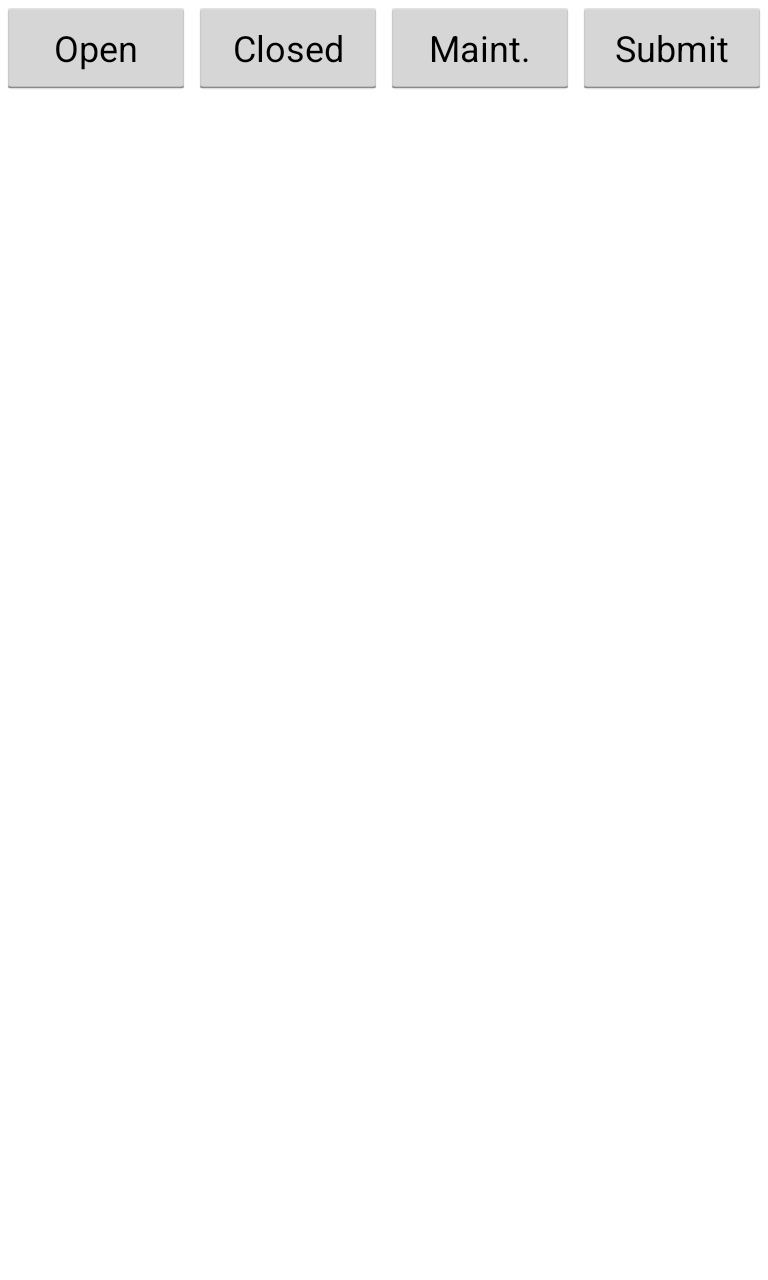
Repository: Pradeep-appstute/First
Layout: Control/res/layout/fragment_tickets.xml
An editor plug-in stored every save of this project. The layout is shown before and after the next save, followed by the edit.
It is drawn on a 768 x 1280 px phone screen (xhdpi) without system bars, with theme AppTheme; the app's code is not run. Lists and similar views that code fills are empty.

Above is the layout before, as saved 2014-02-11 13:44:49.

### Control/res/layout/fragment_tickets.xml
<?xml version="1.0" encoding="utf-8"?>
<LinearLayout xmlns:android="http://schemas.android.com/apk/res/android"
    android:id="@+id/lin_fragment_tickets"
    android:layout_width="match_parent"
    android:layout_height="wrap_content"
    android:orientation="vertical"
    >
    <android.support.v4.view.ViewPager
        android:id="@+id/pager"
        android:layout_width="match_parent"
        android:layout_height="0px"

        >
    </android.support.v4.view.ViewPager>

    <LinearLayout
        android:layout_width="match_parent"
        android:layout_height="wrap_content"
        android:gravity="center"
        android:measureWithLargestChild="true"
        android:orientation="horizontal"
         >

        <Button
            android:id="@+id/open"
            android:layout_width="match_parent"
            android:layout_height="wrap_content"
            android:text="Open"
            android:layout_weight="1"
            >
        </Button>

        <Button
            android:id="@+id/closed"
            android:layout_width="fill_parent"
            android:layout_height="wrap_content"
            android:text="Closed"
            android:layout_weight="1">
        </Button>

        <Button
            android:id="@+id/maint"
            android:layout_width="fill_parent"
            android:layout_height="wrap_content"
            android:text="Maint."
            android:layout_weight="1"
             >
        </Button>

        <Button
            android:id="@+id/submit"
            android:layout_width="fill_parent"
            android:layout_height="wrap_content"
            android:text="Submit"
            android:layout_weight="1"
             >
        </Button>
    </LinearLayout>

</LinearLayout>

### Control/res/drawable/gradient_tabbar.xml
<?xml version="1.0" encoding="UTF-8"?>
<shape xmlns:android="http://schemas.android.com/apk/res/android" >

    <gradient
        android:angle="270"
        android:centerColor="#FFCECFCE"
        android:endColor="#FFBEBEBE"
        android:startColor="#FFF7F7F7" />

</shape>

Loaded but not shown: Control/res/values/styles.xml (common file); Control/res/values-v11/styles.xml (common file); Control/res/values-v14/styles.xml (common file)

After the next save:
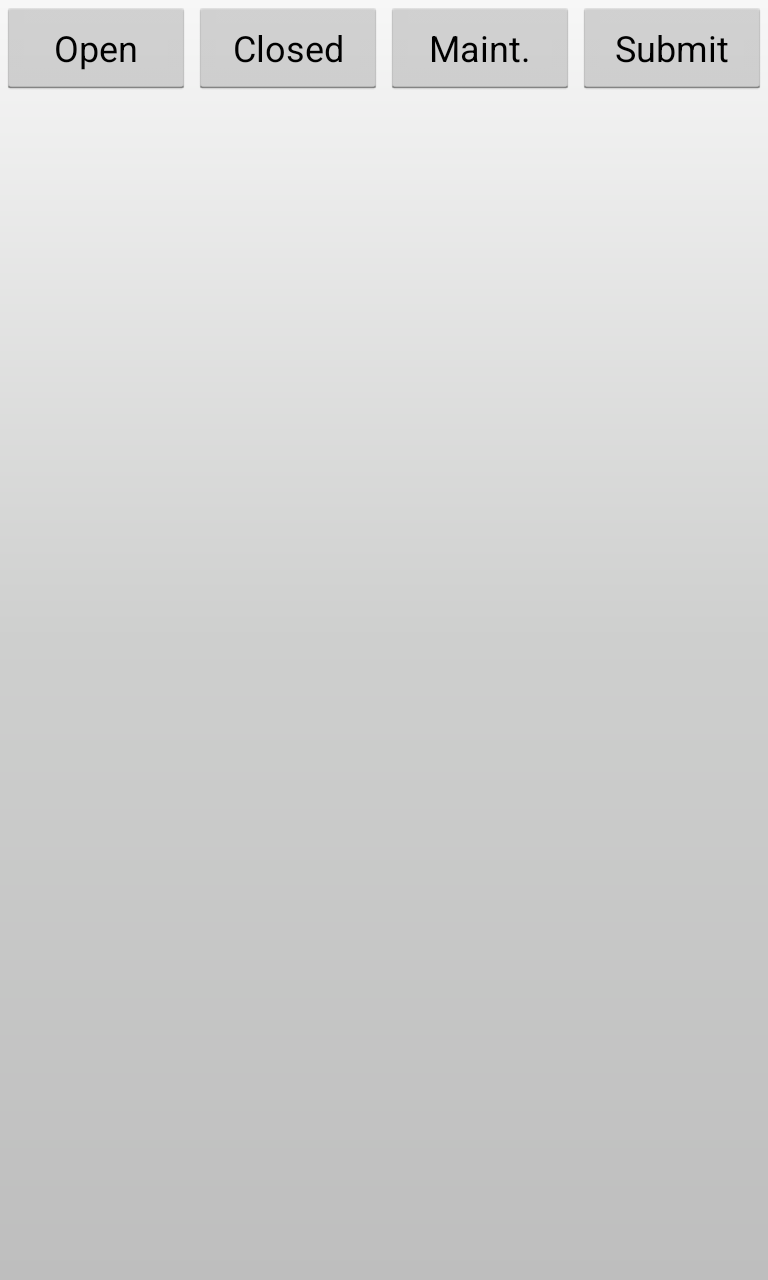
Saved 29 s later.
--- a/Control/res/layout/fragment_tickets.xml
+++ b/Control/res/layout/fragment_tickets.xml
@@ -4,6 +4,7 @@
     android:layout_width="match_parent"
     android:layout_height="wrap_content"
     android:orientation="vertical"
+    android:background="@drawable/gradient_tabbar"
     >
     <android.support.v4.view.ViewPager
         android:id="@+id/pager"
